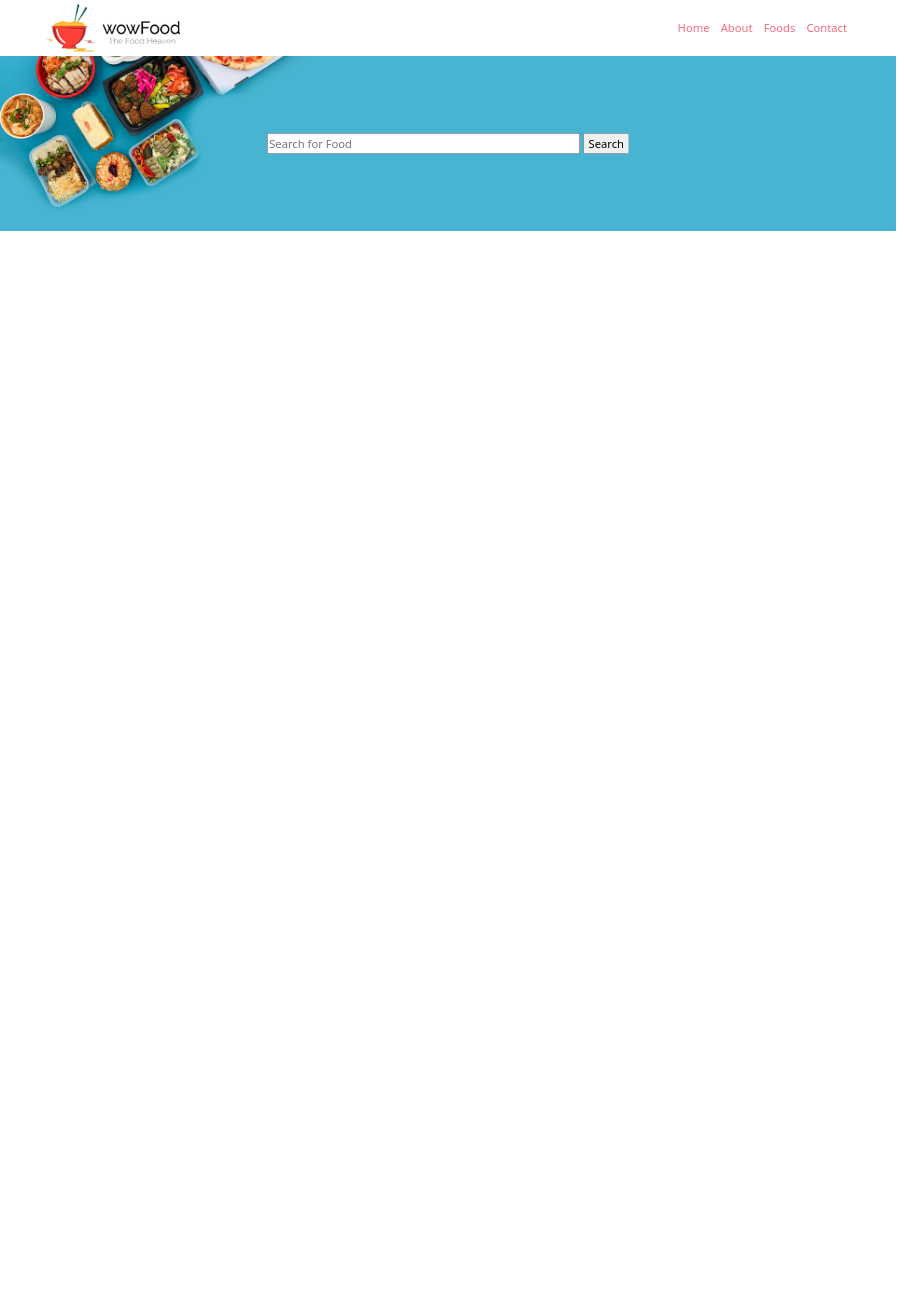
Repository: ruaruababa/RestaurantBS5
Page: html/index.html
The author's editor kept a copy of each file at every save. The page is drawn from the files as they stood at one save, then again after a run of saves.
The browser window is 1280 px wide. The page is 1280 px wide, then 1292 px, so the pictures cover 1292 px, including what lies to the right of the window. The pictures show the part of the page from y = 0 to 1880 px (the page is 3000 px tall), at 70% of full size.

Above is the page before, as saved 2021-09-25 17:02:09.

After the next 4 saves:
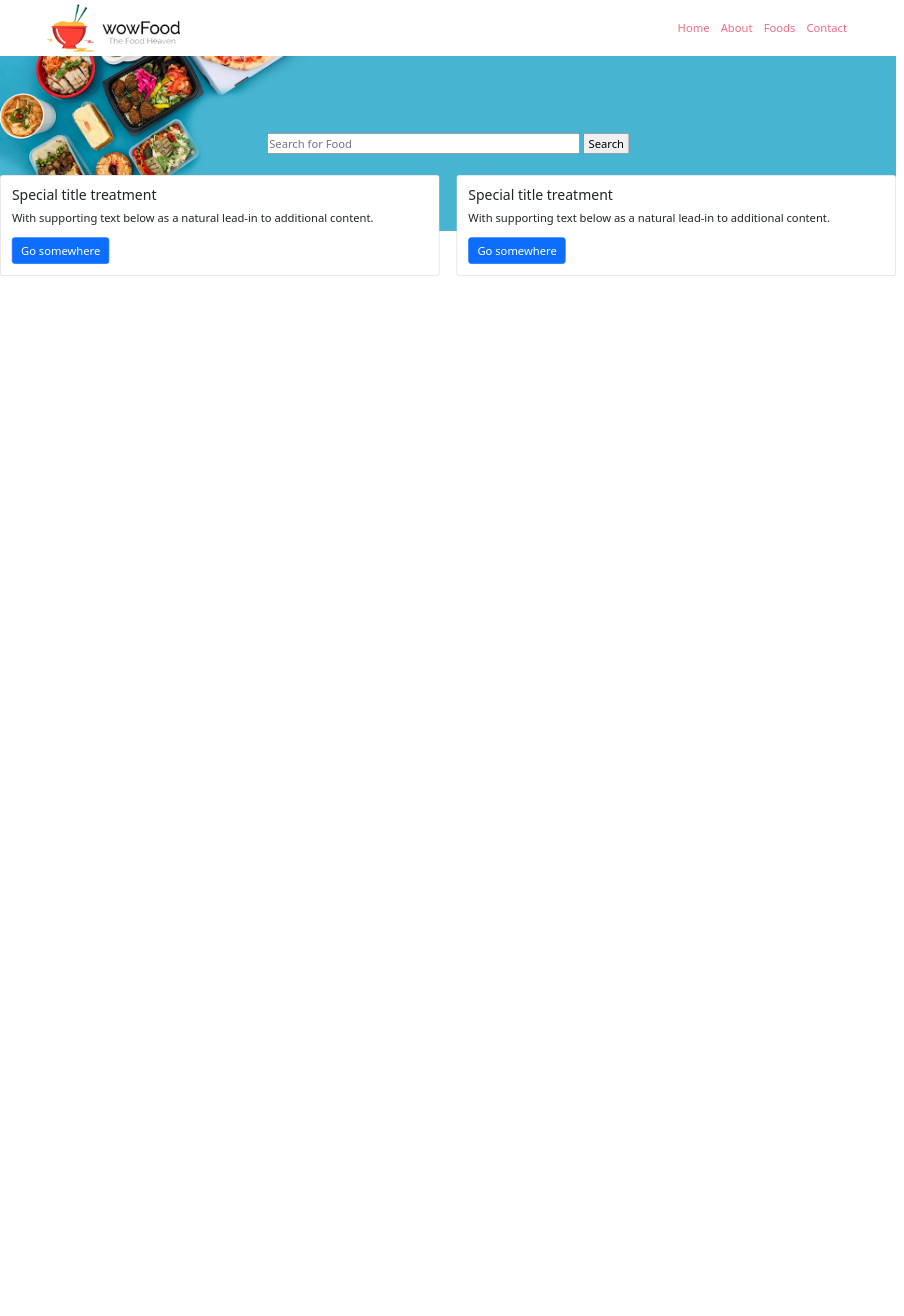
The 4 saves are shown as one change because they came seconds apart.
The last was saved 13 s later.
--- a/html/index.html
+++ b/html/index.html
@@ -13,48 +13,73 @@
 </head>
 
 <body>
-        <nav class="navbar navbar-expand-lg navbar-light bg-light nav-fixed">
-            <div class="container-fluid ">
-                <a class="navbar-brand" href="#">
-                    <img src="/img/logo.png" alt="">
-                </a>
-                <button class="navbar-toggler" type="button" data-bs-toggle="collapse"
-                    data-bs-target="#navbarSupportedContent" aria-controls="navbarSupportedContent"
-                    aria-expanded="false" aria-label="Toggle navigation">
-                    <span class="navbar-toggler-icon"></span>
-                </button>
-                <div class="collapse navbar-collapse" id="navbarSupportedContent">
-                    <ul class="navbar-nav ">
-                        <li class="nav-item">
-                            <a class="nav-link active nav-link-fixed" aria-current="page" href="#">Home</a>
-                        </li>
-                        <li class="nav-item">
-                            <a class="nav-link active nav-link-fixed" aria-current="page" href="#">About</a>
-                        </li>
-                        <li class="nav-item">
-                            <a class="nav-link active nav-link-fixed" aria-current="page" href="#">Foods</a>
-                        </li>
-                        <li class="nav-item">
-                            <a class="nav-link active nav-link-fixed" aria-current="page" href="#">Contact</a>
-                        </li>
-                    </ul>
+    <nav class="navbar navbar-expand-lg navbar-light bg-light nav-fixed">
+        <div class="container-fluid ">
+            <a class="navbar-brand" href="#">
+                <img src="/img/logo.png" alt="">
+            </a>
+            <button class="navbar-toggler" type="button" data-bs-toggle="collapse"
+                data-bs-target="#navbarSupportedContent" aria-controls="navbarSupportedContent" aria-expanded="false"
+                aria-label="Toggle navigation">
+                <span class="navbar-toggler-icon"></span>
+            </button>
+            <div class="collapse navbar-collapse" id="navbarSupportedContent">
+                <ul class="navbar-nav ">
+                    <li class="nav-item">
+                        <a class="nav-link active nav-link-fixed" aria-current="page" href="#">Home</a>
+                    </li>
+                    <li class="nav-item">
+                        <a class="nav-link active nav-link-fixed" aria-current="page" href="#">About</a>
+                    </li>
+                    <li class="nav-item">
+                        <a class="nav-link active nav-link-fixed" aria-current="page" href="#">Foods</a>
+                    </li>
+                    <li class="nav-item">
+                        <a class="nav-link active nav-link-fixed" aria-current="page" href="#">Contact</a>
+                    </li>
+                </ul>
+            </div>
+        </div>
+    </nav>
+
+    <!-- End navbar -->
+
+    <section>
+        <div class="container-section" style=" position: relative; top: 80px;">
+            <img src="/img/bg.jpg" class="img-fluid" alt="Responsive image"
+                style="height:250px; width:100%; object-fit: cover;">
+            <form action="" class="form-search"
+                style="width: 100%; position: absolute; top: 50%; transform: translateY(-50%); text-align: center;">
+                <input type="text" placeholder="Search for Food" style="width:35%">
+                <input type="button" value="Search">
+            </form>
+        </div>
+    </section>
+
+    <!-- end section background -->
+
+    <section>
+        <div class="row">
+            <div class="col-sm-6">
+                <div class="card">
+                    <div class="card-body">
+                        <h5 class="card-title">Special title treatment</h5>
+                        <p class="card-text">With supporting text below as a natural lead-in to additional content.</p>
+                        <a href="#" class="btn btn-primary">Go somewhere</a>
+                    </div>
                 </div>
             </div>
-        </nav>
-
-        <!-- End navbar -->
-
-        <section>
-            <div class="container-section" style=" position: relative; top: 80px;">
-                <img src="/img/bg.jpg" class="img-fluid" alt="Responsive image" style="height:250px; width:100%; object-fit: cover;">
-                <form action="" class="form-search" style="width: 100%; position: absolute; top: 50%; transform: translateY(-50%); text-align: center;">
-                    <input type="text" placeholder="Search for Food" style="width:35%">
-                    <input type="button" value="Search">
-                </form>
+            <div class="col-sm-6">
+                <div class="card">
+                    <div class="card-body">
+                        <h5 class="card-title">Special title treatment</h5>
+                        <p class="card-text">With supporting text below as a natural lead-in to additional content.</p>
+                        <a href="#" class="btn btn-primary">Go somewhere</a>
+                    </div>
+                </div>
             </div>
-        </section>
-
-        <!-- end section background -->
+        </div>
+    </section>
 
     <script src="https://cdn.jsdelivr.net/npm/bootstrap@5.1.1/dist/js/bootstrap.bundle.min.js"
         integrity="sha384-/bQdsTh/da6pkI1MST/rWKFNjaCP5gBSY4sEBT38Q/9RBh9AH40zEOg7Hlq2THRZ" crossorigin="anonymous">
